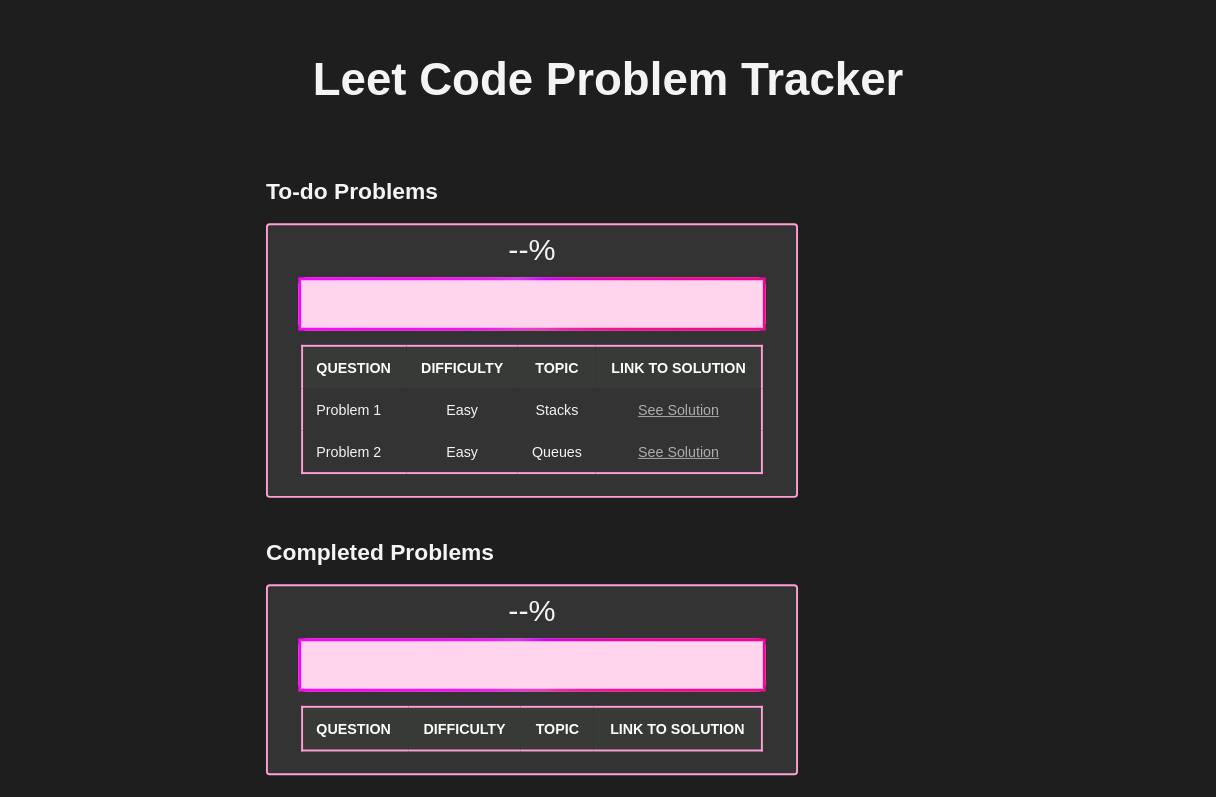
Repository: bbrockbrown/leet-code-tracker
Page: index.html
An editor plug-in stored every save of this project. The page is shown before and after the next save, followed by the edit.
The browser window is 1280 px wide. The pictures show the whole page, at 95% of full size.

Above is the page before, as saved 2024-07-28 17:45:19.

### index.html
<!DOCTYPE html>
<html lang="en">
<head>
    <meta charset="UTF-8">
    <meta name="viewport" content="width=device-width, initial-scale=1.0">
    <link rel="stylesheet" href="styles.css">
    <script>src="script.js"</script>
    <title>Document</title>
</head>
<body>
    <div class="main">
        <h1 id="header">Leet Code Problem Tracker</h1>
    </div>

    <div class="tracking-container">
        <div class="tracking-box">
            <h2 class="tracking-title">To-do Problems</h2>
            <div class="todo-tracking">
                <div class="todo-percent">--%</div>
                <div class="progressbar" id="todo-bar"> <!--% Container for progressbar --> </div>
                <table>
                    <tbody>
                        <tr>
                            <th>Question</th>
                            <th>Difficulty</th>
                            <th>Topic</th>
                            <th>Link to Solution</th>
                        </tr>
                        <tr>
                            <td>Problem 1</td>
                            <td class="easy-prob">Easy</td>
                            <td class="topic">Stacks</td>
                            <td class="solution"><a href="">See Solution</a></td>
                        </tr>
                        <tr>
                            <td>Problem 2</td>
                            <td class="easy-prob">Easy</td>
                            <td class="topic">Queues</td>
                            <td class="solution"><a href="">See Solution</a></td>
                        </tr>
                    </tbody>
                </table>
            </div>
        </div>

        <div class="tracking-box">
            <h2 class="tracking-title">Completed Problems</h2>
            <div class="completed-tracking">
                <div class="completed-percent">--%</div>
                <div class="progressbar" id="completed-bar"> <!--% Container for progressbar --> </div>
                <table>
                    <tbody>
                        <tr>
                            <th>Question</th>
                            <th>Difficulty</th>
                            <th>Topic</th>
                            <th>Link to Solution</th>
                        </tr>
                        <!-- Completed problems rows go here -->
                    </tbody>
                </table>
            </div>
        </div>
    </div>

    <div class="footer">
        <!-- Placeholder!!! -->
    </div>
</body>
</html>

### styles.css
:root {
    --tracking-border-color: rgb(255, 159, 213);
}

@keyframes rotate {
	to {
		--angle: 360deg;
	}
}

@property --angle {
  syntax: '<angle>';
  initial-value: 0deg;
  inherits: false;
}

html, body {
    height: 100%;
    display: flex;
    flex-direction: column;
  }

head {
    display: none;
}

body {
    font-family: Arial, sans-serif;
    background: #1e1e1e;
    margin: 0;
    padding: 0;
    color: #f4f4f4;
    overflow: hidden;
    font-size: 90%;
}

.main {
    display: flex;
    flex-flow: column;
    justify-content: center;
    align-items: center;
    padding: 24px;
}

#header {
    font-size: 48px;
}

.tracking-titles {
    display: flex;
    padding: 8px;
    justify-content: space-around;
}

.tracking-container {
    display: flex;
    flex-flow: row wrap;
    align-items: flex-start;
    justify-content: space-evenly;
    height: 100%;
}

.tracking-title {
    font-size: 24px;
    margin-bottom: 10px;
    color: #f4f4f4;
}

.todo-tracking, .completed-tracking {
    border: 2px solid var(--tracking-border-color);
    border-radius: 4px;
    font-size: 32px;
    text-align: center;
    box-shadow: 8px rgb(255, 159, 213, 0.8);
    height: 100%;
    width: 700px;
    padding: 8px;
    background-color: #333;
    margin: 10px auto;
    display: inline-block;
    max-width: 75%;
    max-height: 85%;
    overflow-y: auto;
    color: #f4f4f4;
    text-align: center;
    margin-bottom: 20px;
}

.todo-tracking:hover, .completed-tracking:hover {
    filter: brightness(85%);
}

/* progress bar fills more as more complete */
.progressbar {
    width: 90%;
    height: 50px;
    border-radius: 8px;
    background-color: rgb(255, 212, 236);
    margin: 10px auto;
    --angle: 0deg;
    /* FOR FUTURE: make it so user can change border gradient */
    --very-pink: rgb(249, 0, 141);
    --pink: rgb(233, 58, 183);
    --pinkish-purple: rgb(233, 58, 210);
    --magenta: magenta;
    --purple: rgb(213, 58, 233);
    --very-purple: rgb(212, 0, 255);
	border: 3px solid;
	border-image: conic-gradient(from var(--angle), var(--very-pink), var(--pink), var(--pinkish-purple), var(--magenta), var(--purple), var(--very-purple), var(--very-pink)) 1;
	animation: 4s rotate linear infinite;
}

table {
    width: 90%;
    display: table;
    margin: 15px auto;
    border-collapse: collapse;
    transition: box-shadow 0.3s ease-in-out;
    border: 2px solid var(--tracking-border-color);
    border-radius: 10px;
    box-shadow: #1e1e1e;
}

tbody {
    display: table-row-group;
    vertical-align: middle;
    unicode-bidi: isolate;
    border-color: inherit;
    font-size: 15px;
}

tr {
    display: table-row;
    vertical-align: inherit;
    unicode-bidi: isolate;
    border-color: inherit;
}

th {
    color: white;
    text-transform: uppercase;
    background-color: #373a37;
}

th:first-child, td:first-child {
    text-align: left;
}

th, td {
    padding: 8px 14px;
    transition: background-color 0.5s;
    height: 28px;
    border: 0px;
    white-space: nowrap;
}

a {
    text-decoration:underline;
    color: inherit;
}

a:visited {
    color: rgb(173, 173, 173);
}

After the next save:
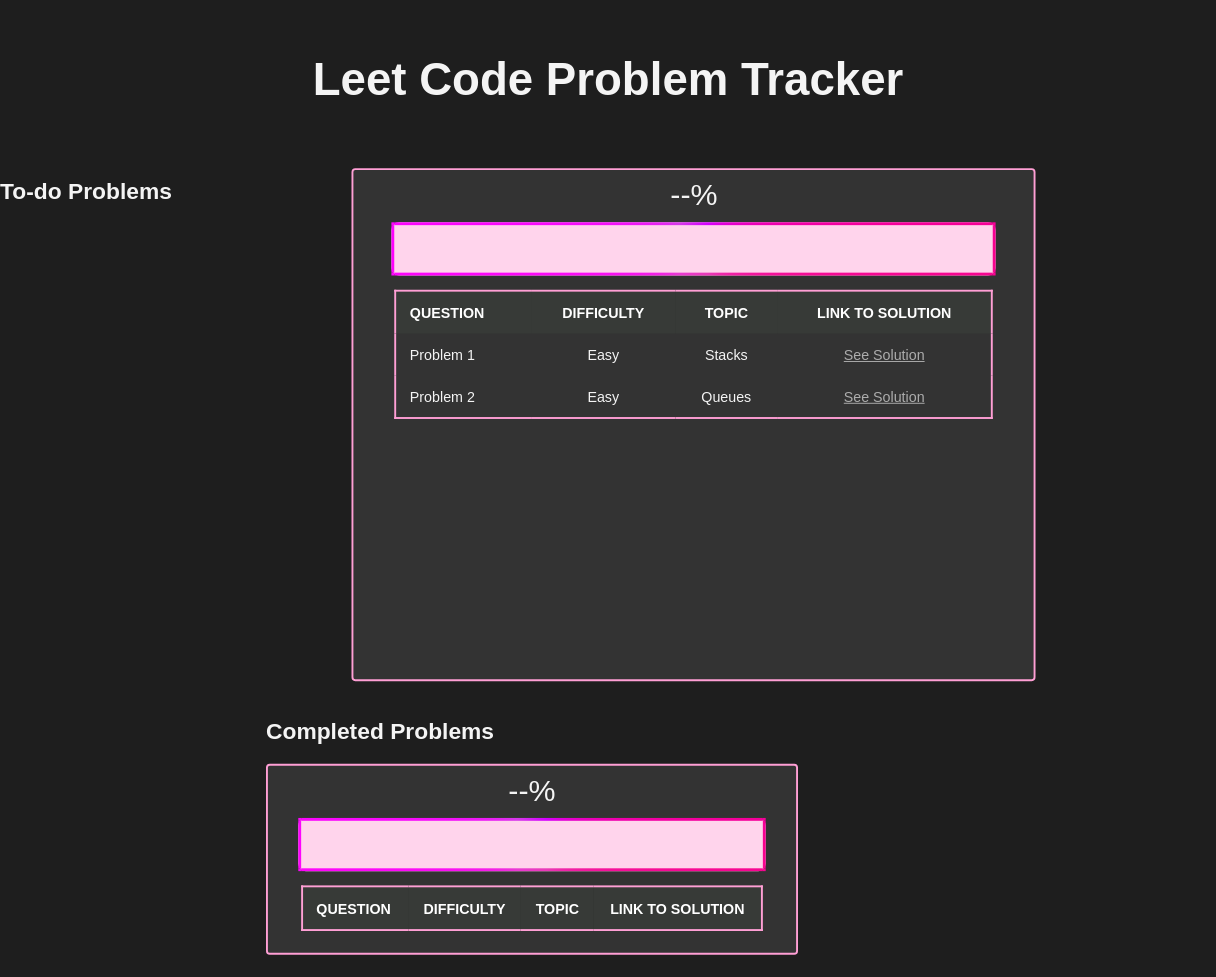
Saved 1 s later.
--- a/index.html
+++ b/index.html
@@ -13,7 +13,6 @@
     </div>
 
     <div class="tracking-container">
-        <div class="tracking-box">
             <h2 class="tracking-title">To-do Problems</h2>
             <div class="todo-tracking">
                 <div class="todo-percent">--%</div>
@@ -41,7 +40,6 @@
                     </tbody>
                 </table>
             </div>
-        </div>
 
         <div class="tracking-box">
             <h2 class="tracking-title">Completed Problems</h2>

After the save that followed:
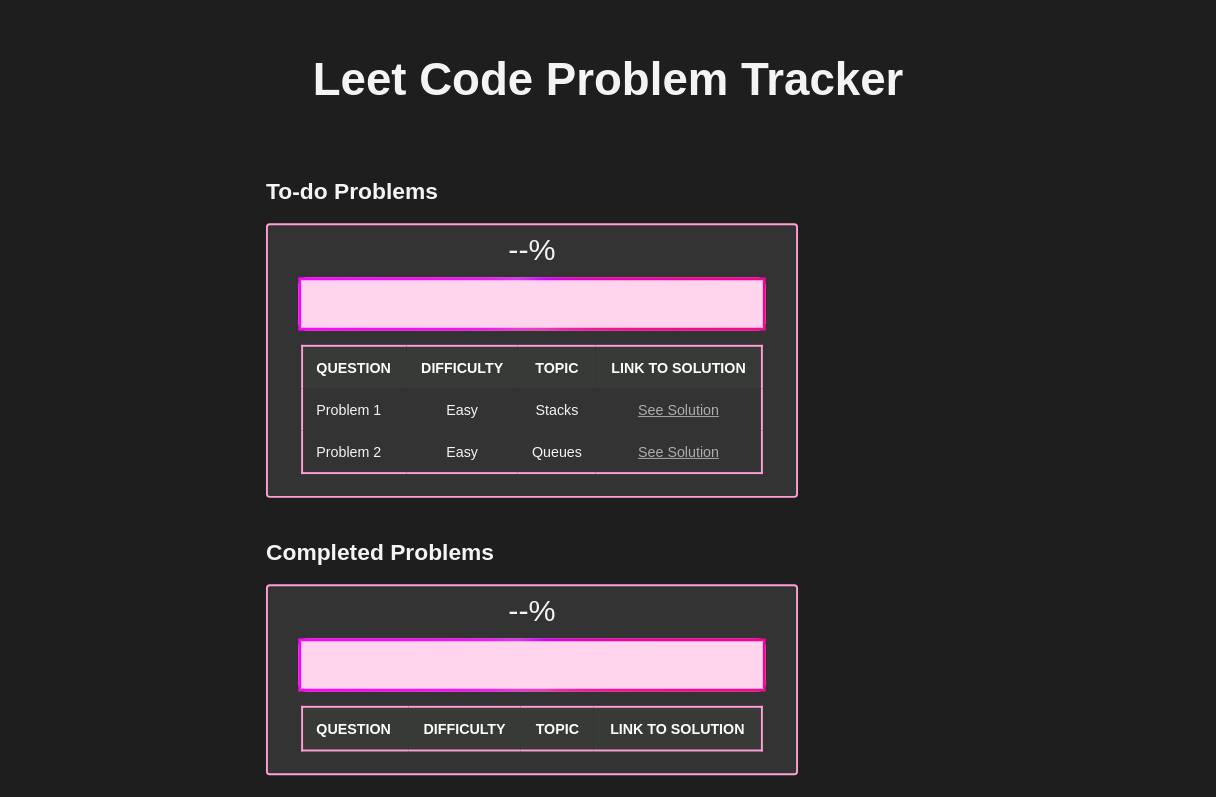
Saved 26 s later.
--- a/index.html
+++ b/index.html
@@ -13,6 +13,7 @@
     </div>
 
     <div class="tracking-container">
+        <div class="tracking-box">
             <h2 class="tracking-title">To-do Problems</h2>
             <div class="todo-tracking">
                 <div class="todo-percent">--%</div>
@@ -40,6 +41,7 @@
                     </tbody>
                 </table>
             </div>
+        </div>
 
         <div class="tracking-box">
             <h2 class="tracking-title">Completed Problems</h2>
